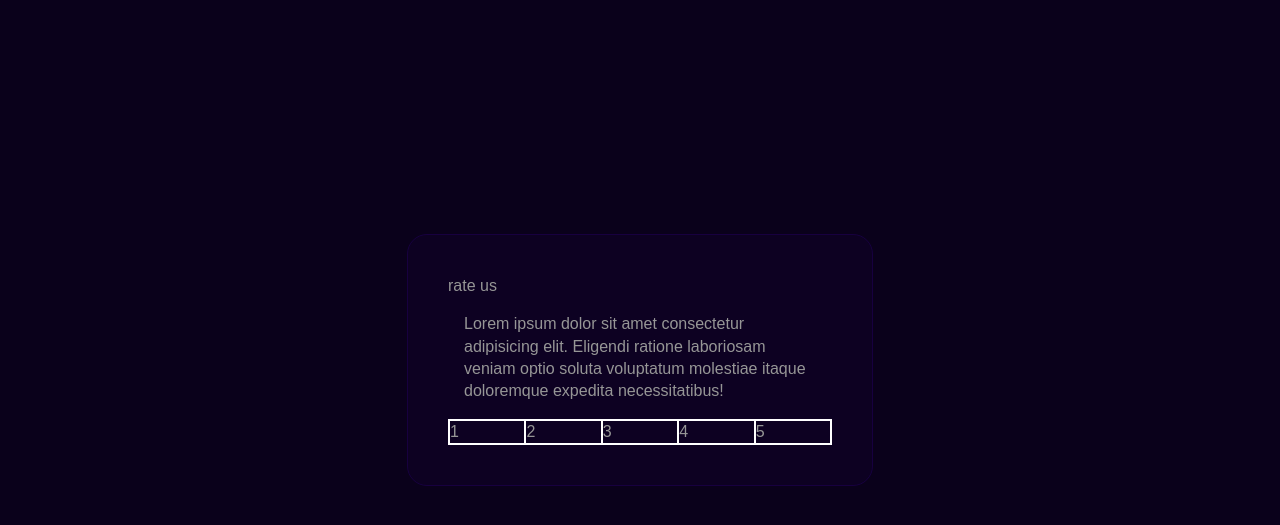
Repository: russel-success/xcodepp-TASK-2
Page: index.html
An editor plug-in stored every save of this project. The page is shown before and after the next save, followed by the edit.
The browser window is 1280 px wide. The pictures show the whole page.

Above is the page before, as saved 2024-05-24 22:58:01.

After the next save:
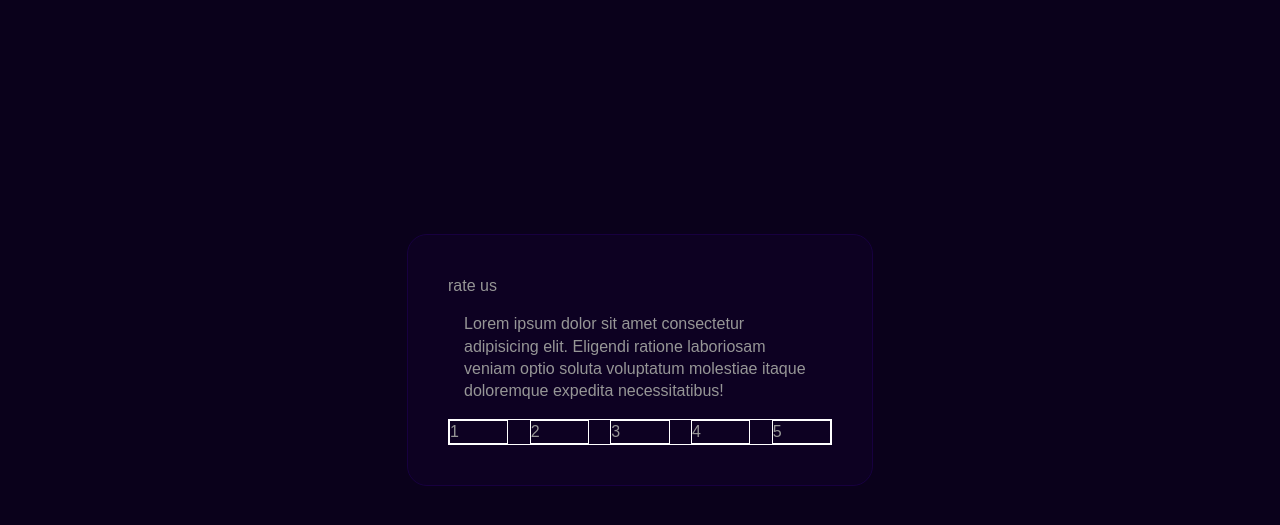
Saved 9 s later.
--- a/styles/styles.css
+++ b/styles/styles.css
@@ -42,5 +42,5 @@
 }
 .rating{
     border:1px solid white;
-    width:20%;
+    width:15%;
 }
